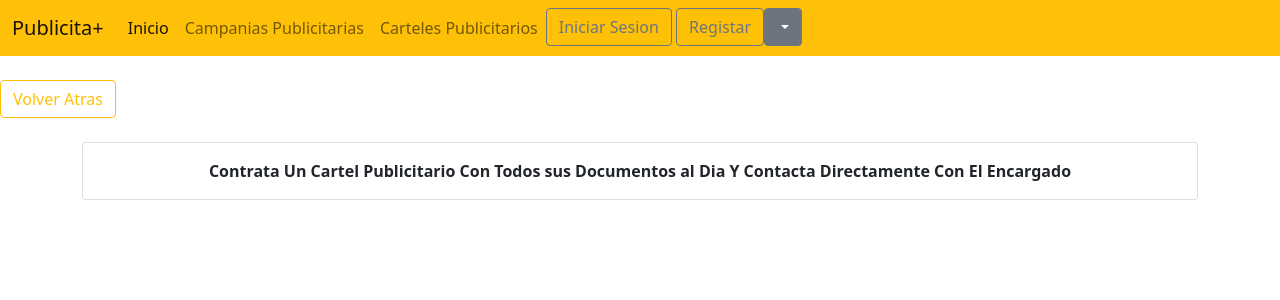
Repository: programador23/PublicitaMasWebVersionFinal
Page: http://localhost/carteles/listacarteles
These files come from the project's save history. The page is drawn as it stood at one moment and after the next save; the edit follows.
The browser window is 1280 px wide. The pictures show the whole page.
The page is this project's Thymeleaf template; nobody is signed in. The template is opened directly, without the code that normally fills it, so the values that code supplies are empty.

Above is the page before, as saved 2021-07-08 02:44:24.

### PublicitaMasWeb-master/src/main/resources/templates/carteles/listacarteles.html
<!DOCTYPE html>
<html xmlns:th="http://www.thymeLeaf.org">

<head>
	<meta charset="ISO-8859-1">
	<title>Lista de Carteles</title>
	<link href="https://cdn.jsdelivr.net/npm/bootstrap@5.0.0-beta2/dist/css/bootstrap.min.css" rel="stylesheet"
		integrity="sha384-BmbxuPwQa2lc/FVzBcNJ7UAyJxM6wuqIj61tLrc4wSX0szH/Ev+nYRRuWlolflfl" crossorigin="anonymous">

		<script src="https://cdn.jsdelivr.net/npm/bootstrap@5.0.2/dist/js/bootstrap.bundle.min.js" integrity="sha384-MrcW6ZMFYlzcLA8Nl+NtUVF0sA7MsXsP1UyJoMp4YLEuNSfAP+JcXn/tWtIaxVXM" crossorigin="anonymous"></script>


</head>
<header th:replace="NavbarGeneral :: header"></header>

<br>
<div class="btn-group" role="group" aria-label="Basic outlined example">
<a href="javascript:history.back()" class="btn btn-outline-warning" aria-current="page">Volver Atras</a>
</div>
<br>

<body>



<div class="container mt-4">
<div class="card">
  <div class="card-body text-center" >
    <b>Contrata Un Cartel Publicitario Con Todos sus Documentos al Dia Y Contacta Directamente Con El Encargado </b>
  </div>
</div>
<br>

<div class="row">
 <td th:each="cartelpublicitarios:${cartelpublicitarios}">
<div class="card" style="width: 18rem;">
  <div class="card-body">
  <img th:src="@{'/recursos/' + ${cartelpublicitarios.image}}" class="card-img-top" alt="">
    <h5 class="card-title" th:text="${cartelpublicitarios.titulo} ">Card title</h5>
    Comuna<p class="card-text" th:text="${cartelpublicitarios.comuna}"></p>
    Direccion<p class="card-text" th:text="${cartelpublicitarios.direccion}"></p>
    Precio<p class="card-text" th:text="${cartelpublicitarios.precio}"></p>
    <a th:href="@{detallecartel/}+${cartelpublicitarios.id}" class="btn btn-warning">Ver Publicacion</a>
  </div>

</div>
<br>
</td>
</div>
</div>
</body>

</html>

### PublicitaMasWeb-master/src/main/resources/templates/NavbarGeneral.html
<link href="https://cdn.jsdelivr.net/npm/bootstrap@5.0.1/dist/css/bootstrap.min.css" rel="stylesheet" integrity="sha384-+0n0xVW2eSR5OomGNYDnhzAbDsOXxcvSN1TPprVMTNDbiYZCxYbOOl7+AMvyTG2x" crossorigin="anonymous">
<html xmlns:sec="http://www.thymeleaf.org/extras/spring-security">

<header>
	<nav class="navbar navbar-expand-lg navbar-light bg-warning">
  <div class="container-fluid">
    <a class="navbar-brand" href="#">Publicita+</a>
    <button class="navbar-toggler" type="button" data-bs-toggle="collapse" data-bs-target="#navbarNavAltMarkup" aria-controls="navbarNavAltMarkup" aria-expanded="false" aria-label="Toggle navigation">
      <span class="navbar-toggler-icon"></span>
    </button>
    <div class="collapse navbar-collapse" id="navbarNavAltMarkup">
      <div class="navbar-nav">
        <a class="nav-link active" aria-current="page" href="/index">Inicio</a>
        <a class="nav-link" href="/listarPublicidad">Campanias Publicitarias</a>
		  <a class="nav-link" href="/listacarteles">Carteles Publicitarios</a>

              <ul class="navbar-nav mr-auto">
        <li sec:authorize="!isAuthenticated()">
      <a class="btn btn-outline-secondary" th:href="@{/login}">Iniciar Sesion</a>
      <a class="btn btn-outline-secondary" >Registar</a>
      </li>

      <li class="dropdown">
  <a class="btn btn-secondary dropdown-toggle" href="#" role="button" id="dropdownMenuLink" data-bs-toggle="dropdown" aria-expanded="false">
    <span sec:authentication="name"></span>
  </a>

  <div class="dropdown-menu" aria-labelledby="dropdownMenuLink">
    <a class="dropdown-item" href="#">Perfil</a>
    <a class="dropdown-item" href="#">Another action</a>

    <form th:action="@{/logout}" method="post">

    <button class="dropdown-item" type="submit">Cerrar Sesion</button>
    </form>

  </div>
</li>


          </ul>


      </div>
    </div>
  </div>
</nav>
</header>

After the next save:
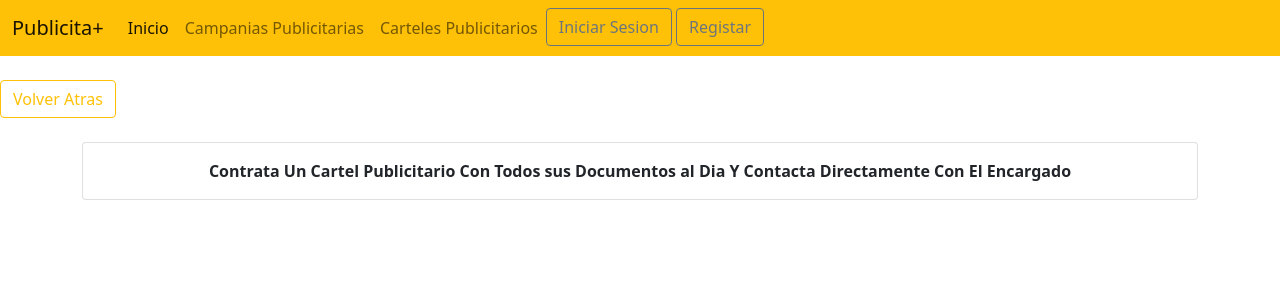
Saved 2 min 50 s later.
--- a/PublicitaMasWeb-master/src/main/resources/templates/NavbarGeneral.html
+++ b/PublicitaMasWeb-master/src/main/resources/templates/NavbarGeneral.html
@@ -20,7 +20,7 @@
       <a class="btn btn-outline-secondary" >Registar</a>
       </li>
 
-      <li class="dropdown">
+      <li class="dropdown" sec:authorize="isAuthenticated()">
   <a class="btn btn-secondary dropdown-toggle" href="#" role="button" id="dropdownMenuLink" data-bs-toggle="dropdown" aria-expanded="false">
     <span sec:authentication="name"></span>
   </a>
